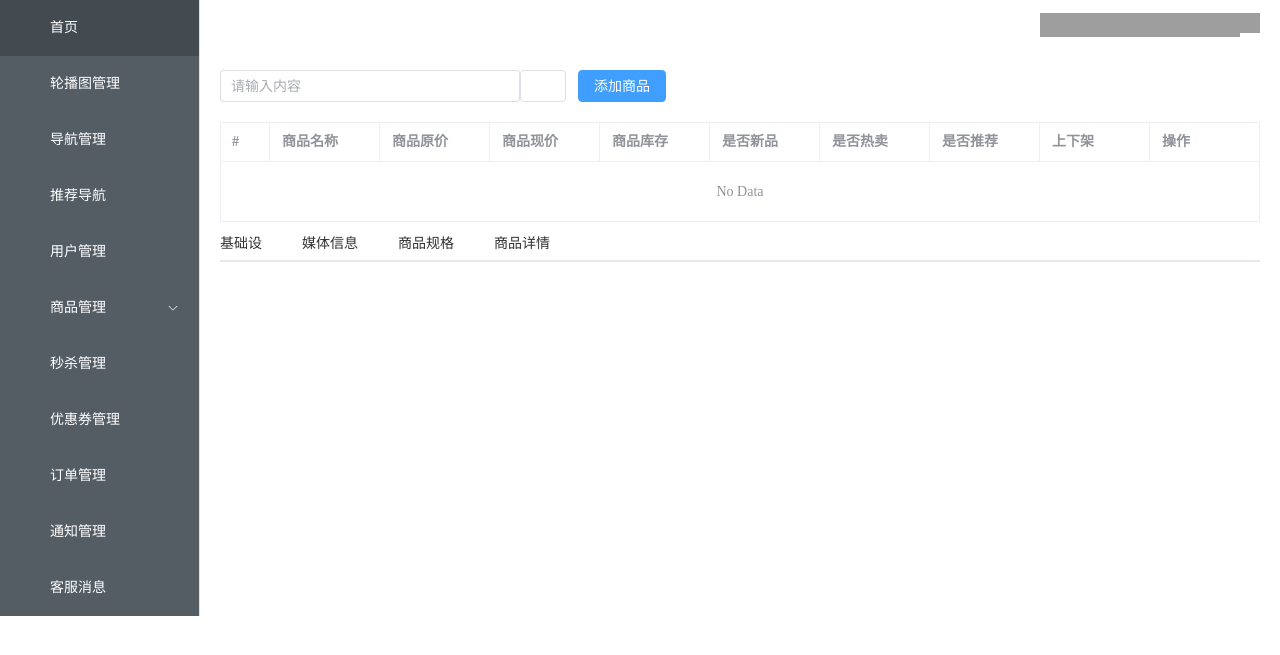
Repository: xinwuhao/CCG
Page: /addgoods
An editor plug-in stored every save of this project. The page is shown before and after the next save, followed by the edit.
The browser window is 1280 px wide. The pictures show the whole page.
Pictures or frames that could not be fetched are drawn as grey boxes. The page's requests for data from a server got no answer. The project was rebuilt for these pictures with package versions that can differ from the ones it lists, and the page was loaded fresh each time. No one was signed in, and anything a server would have sent is missing. Also part of the build but not shown: vite.config.ts.

Above is the page before, as saved 2021-09-24 11:14:03.

### src/main.ts
import { createApp } from 'vue'
import App from "./App.vue";
import router from "./router"
import ElementPlus from 'element-plus'
import 'element-plus/dist/index.css'
import * as Icons from '@element-plus/icons'
import { toLine } from './utils/index'

const app = createApp(App)

for (let i in Icons) {
    app.component(`el-icon${toLine(i)}`, (Icons as any)[i])
}

app.use(router)
app.use(ElementPlus)
app.mount('#app')

### src/App.vue
<template>
  <div>
    <router-view></router-view>
  </div>
</template>

<script setup lang="ts">
</script>

<style lang='scss'>
@import "./scssbox.scss";
</style>

### src/router/index.ts
import { createRouter, createWebHistory, RouteRecordRaw } from 'vue-router'
// import Home from '../views/homepage/homepage.vue'
import Layout from '../views/layout/Layout.vue'

const routes: Array<RouteRecordRaw> = [
  {
    path: '/login',
    name: 'Logon',
    component: () => import('../views/login/Login.vue'),
    meta: {
      title: '登录'
    }
  },
  {
    path: '/',
    component: Layout,
    // 子路由: children
    children: [
      {
        path: '/',
        name: '/',
        component: () => import('../views/homepage/homepage.vue'),
        meta: {
          title: '首页',
          meta: '/homepage'
        }
      },
      {
        path: '/discount',
        name: 'discount',
        component: () => import('../views/discount/discount.vue'),
        meta: {
          title: '优惠券管理',
          meta: '/discount'
        }
      },
      {
        path: '/navigation',
        name: 'navigation',
        component: () => import('../views/navigation/navigation.vue'),
        meta: {
          title: '导航管理',
          meta: '/navigation'
        }
      },
      {
        path: '/swiper',
        name: 'swiper',
        component: () => import('../views/swiper/swiper.vue'),
        meta: {
          title: '轮播图管理',
          meta: '/swiper'
        }
      },
      {
        path: '/recommend',
        name: 'recommend',
        component: () => import('../views/recommend/recommend.vue'),
        meta: {
          title: '推荐导航',
          meta: '/recommend'
        }
      },
      {
        path: '/user',
        name: 'user',
        component: () => import('../views/user/user.vue'),
        meta: {
          title: '用户管理',
          meta: '/user'
        }
      },
      {
        path: '/addgoods',
        name: 'addgoods',
        component: () => import('../views/goods/addgoods.vue'),
        meta: {
          title: '添加商品',
          meta: '/addgoods'
        }
      },
      {
        path: '/sortgoods',
        name: 'sortgoods',
        component: () => import('../views/goods/sortgoods.vue'),
        meta: {
          title: '商品分类',
          meta: '/sortgoods'
        }
      },
      {
        path: '/modelgoods',
        name: 'modelgoods',
        component: () => import('../views/goods/modelgoods.vue'),
        meta: {
          title: '商品模型',
          meta: '/modelgoods'
        }
      },
      {
        path: '/specsgoods',
        name: 'specsgoods',
        component: () => import('../views/goods/specsgoods.vue'),
        meta: {
          title: '商品规格',
          meta: '/specsgoods'
        }
      },
      {
        path: '/parametergoods',
        name: 'parametergoods',
        component: () => import('../views/goods/parametergoods.vue'),
        meta: {
          title: '商品参数',
          meta: '/parametergoods'
        }
      },
      {
        path: '/specifications',
        name: 'specifications',
        component: () => import('../views/goods/specifications.vue'),
        meta: {
          title: '规格参数',
          meta: '/specifications'
        }
      },
      {
        path: '/seckill',
        name: 'seckill',
        component: () => import('../views/seckill/seckill.vue'),
        meta: {
          title: '秒杀管理',
          meta: '/seckill'
        }
      },
      {
        path: '/order',
        name: 'order',
        component: () => import('../views/order/order.vue'),
        meta: {
          title: '订单管理',
          meta: '/order'
        }
      },
      {
        path: '/notice',
        name: 'notice',
        component: () => import('../views/notice/notice.vue'),
        meta: {
          title: '通知管理',
          meta: '/notice'
        }
      },
      {
        path: '/news',
        name: 'news',
        component: () => import('../views/news/news.vue'),
        meta: {
          title: '客服消息',
          meta: '/news'
        }
      },
    ]
  }
]

const router = createRouter({
  history: createWebHistory(),
  routes
})

router.beforeEach((to, from, next) => {
  document.title = to.meta.title as string
  next()
})

export default router

### src/utils/index.ts
export const toLine = (str: string) => {
  return str.replace(/([A-Z])/g, "-$1").toLowerCase()
}

### src/scssbox.scss
* {
    margin: 0;
    padding: 0;
}

html,
body,
#app,
.el-container,
.el-menu {
    height: 100%;
}

### src/views/layout/Layout.vue
<template>
  <el-container>
    <el-aside width="auto">
      <nav-left :isCollapse='isCollapse'></nav-left>
    </el-aside>
    <el-container>
     <el-header>
        <nav-header v-model:isCollapse='isCollapse'></nav-header>
     </el-header>
      <el-main>
        <router-view></router-view>
      </el-main>
    </el-container>
  </el-container>
</template>

<script setup lang="ts">
import { ref, reactive } from 'vue'
import NavHeader from  '../../components/navHeader/NavHeader.vue'
import NavLeft from  '../../components/navLeft/NavLeft.vue'

interface Data {
  name: string,
  age: number
}

let isCollapse = ref<boolean>(false)
let data = reactive<Data>({
  name: 'jack',
  age: 20
})
</script>

<style scoped lang="scss">
.el-header {
  height: 50px;
  padding: 0;
}
</style>

### src/views/goods/addgoods.vue
<template>
  <div>
    <div v-if="judge == 0">
      <div class="searchBox">
        <el-input
          placeholder="请输入内容"
          v-model="input"
          clearable
          class="inputBox"
        >
        </el-input>
        <el-button icon="el-icon-search" @click="obtain"></el-button>
        <el-button type="primary" @click="ON">添加商品</el-button>
      </div>
      <!-- 表格 -->
      <div style="margin-top: 20px">
        <el-table :data="tableData" border style="width: 100%">
          <el-table-column label="#" type="index" width="50"> </el-table-column>
          <el-table-column prop="content" label="商品名称"> </el-table-column>
          <el-table-column prop="content" label="商品原价"> </el-table-column>
          <el-table-column prop="content" label="商品现价"> </el-table-column>
          <el-table-column prop="content" label="商品库存"> </el-table-column>
          <el-table-column label="是否新品">
            <template #default="scope">
              <div>
                {{ scope.row.isShow == true ? "是" : "否" }}
              </div>
            </template>
          </el-table-column>
          <el-table-column label="是否热卖">
            <template #default="scope">
              <div>
                {{ scope.row.isShow == true ? "是" : "否" }}
              </div>
            </template>
          </el-table-column>
          <el-table-column label="是否推荐">
            <template #default="scope">
              <div>
                {{ scope.row.isShow == true ? "是" : "否" }}
              </div>
            </template>
          </el-table-column>
          <el-table-column fixed="right" label="上下架">
            <template #default="scope">
              <el-switch
                v-model="scope.row.isShow"
                active-color="#1E90FF"
                inactive-color="#ff4949"
                @change="chen(scope.row)"
              >
              </el-switch>
            </template>
          </el-table-column>
          <el-table-column fixed="right" label="操作">
            <template #default="scope">
              <el-button @click="reduce(scope.row)" type="text" size="small"
                >删除</el-button
              >
              <el-button type="text" size="small" @click="alter(scope.row)"
                >编辑</el-button
              >
            </template>
          </el-table-column>
        </el-table>
      </div>
    </div>

    <!-- 添加商品弹出层 -->
    <div v-if="judge !== 0">
      <el-tabs v-model="judge">
        <el-tab-pane label="基础设" name="1">User</el-tab-pane>
        <el-tab-pane label="媒体信息" name="2">Config</el-tab-pane>
        <el-tab-pane label="商品规格" name="3">Role</el-tab-pane>
        <el-tab-pane label="商品详情" name="4">Task</el-tab-pane>
      </el-tabs>
    </div>
  </div>
</template>

<script setup lang="ts">
import { ref, onMounted } from "vue";
import api from "../../http/aip";
import { ElMessage } from "element-plus";

interface Obj {
  content: string;
}
// 输入框
let input = ref<any>("");
//切换层
let judge = ref<string>('0');
//上传图片token
let abc = { Authorization: localStorage.getItem("token") };
//表格数据
let tableData = ref<any>([]);
//表单
let swiper = ref<Obj>({
  content: "",
});
//添加按钮
let ON = () => {
  judge.value = '1';
};

//删除
let reduce = (e: any) => {
  api
    .delNotice(e._id)
    .then((res: any) => {
      if (res.code == 200) {
        ElMessage.success({
          message: `${res.msg}`,
          type: "success",
        });
        obtain();
      } else ElMessage.error(`${res.msg}`);
    })
    .catch((err: any) => {
      console.log(err);
    });
};
//显示
let chen = (e: any) => {
  api
    .showNotice({
      id: e._id,
      isShow: e.isShow,
    })
    .then((res: any) => {
      if (res.code == 200) {
        ElMessage.success({
          message: `${res.msg}`,
          type: "success",
        });
        obtain();
      } else ElMessage.error(`${res.msg}`);
    })
    .catch((err: any) => {
      console.log(err);
    });
};
let current = ref<number>(1);
let pageSize = ref<number>(10);
//获取数据
let obtain = () => {
  api
    .getNotice({
      current: current.value,
      pageSize: pageSize.value,
      query: input.value,
    })
    .then((res: any) => {
      if (res.code == 200) {
        tableData.value = res.data;
      }
    })
    .catch((err: any) => {
      console.log(err);
    });
};
onMounted(() => {
  obtain();
});
</script>

<style scoped>
.searchBox {
  display: flex;
}
.inputBox {
  width: 300px;
}
.blueFont {
  color: #1e90ff;
}
.imgBox {
  width: 100px;
  height: 100px;
}
</style>

### src/components/navHeader/NavHeader.vue
<template>
  <div class="header">
    <div @click="toggle" class="cent">
      <el-icon-expand v-if="isCollapse"></el-icon-expand>
      <el-icon-fold v-else></el-icon-fold>
      <div class="cenn">
        <iframe
          width="200"
          height="24"
          frameborder="0"
          scrolling="no"
          hspace="0"
          src="https://i.tianqi.com/?c=code&id=11"
        ></iframe>
        <div>
          <img
            src="https://img0.baidu.com/it/u=3730772664,138405132&fm=26&fmt=auto"
            class="img"
          />
        </div>
      </div>
    </div>
  </div>
</template>

<script lang='ts' setup>
import { ref } from "vue";
import { Fold, Expand } from "@element-plus/icons";

let props = defineProps({
  isCollapse: {
    type: Boolean,
    default: false,
  },
});
let emits = defineEmits(["update:isCollapse"]);
let toggle = () => {
  emits("update:isCollapse", !props.isCollapse);
};
</script>

<style lang='scss' scoped>
svg {
  width: 20px;
  height: 20px;
}
.header {
  height: 50px;
  display: flex;
  align-items: center;
  padding: 0 20px;
}
.cent {
  display: flex;
  width: 100%;
}
.cenn {
  display: flex;
  justify-content: flex-end;
  width: 100%;
}
.img {
  width: 20px;
  height: 20px;
}
</style>

### src/components/navLeft/NavLeft.vue
<template>
  <el-menu
    :uniqueOpened="true"
    default-active="1"
    class="el-menu"
    background-color="#545c64"
    text-color="#fff"
    active-text-color="#ffd04b"
    :collapse="isCollapse"
    :router="true"
  >
    <template v-for="(item, index) in arr" :key="index">
      <el-menu-item :index="item.path" v-if="item.name !== '商品管理'">
        <component :is="item.i" class="iconbox"></component>
        <template #title>{{ item.name }}</template>
      </el-menu-item>
      <el-sub-menu :index="item.path" v-else>
        <template #title>
          <component :is="item.i" class="iconbox"></component>
          <span>{{ item.name }}</span>
        </template>
        <template v-for="(item1, index1) in arr1" :key="index1">
          <el-menu-item :index="item1.path">
            <component :is="item1.i" class="iconbox"></component>
            <span> {{ item1.name }}</span>
          </el-menu-item>
        </template>
      </el-sub-menu>
    </template>
  </el-menu>
</template>

<script lang='ts' setup>
import { ref } from "vue";
let arr = ref<any>([
  { name: "首页", i: "el-icon-house", path: "/" },
  { name: "轮播图管理", i: "el-icon-help", path: "/swiper" },
  { name: "导航管理", i: "el-icon-data-line", path: "/navigation" },
  { name: "推荐导航", i: "el-icon-document-copy", path: "/recommend" },
  { name: "用户管理", i: "el-icon-user", path: "/user" },
  { name: "商品管理", i: "el-icon-paperclip", path: "" },
  { name: "秒杀管理", i: "el-icon-reading", path: "/seckill" },
  { name: "优惠券管理", i: "el-icon-coin", path: "/discount" },
  { name: "订单管理", i: "el-icon-set-up", path: "/order" },
  { name: "通知管理", i: "el-icon-microphone", path: "/notice" },
  { name: "客服消息", i: "el-icon-chat-line-round", path: "/news" },
]);
let arr1 = ref<any>([
  { name: "添加商品", i: "el-icon-document-add", path: "/addgoods" },
  { name: "商品分类", i: "el-icon-tickets", path: "/sortgoods" },
  { name: "商品模型", i: "el-icon-set-up", path: "/modelgoods" },
  { name: "商品规格", i: "el-icon-position", path: "/specsgoods" },
  { name: "商品参数", i: "el-icon-cpu", path: "/parametergoods" },
  { name: "规格参数", i: "el-icon-takeaway-box", path: "/specifications" },
]);
let props = defineProps({
  isCollapse: {
    type: Boolean,
    default: false,
  },
});
</script>

<style lang='scss' scoped>
.el-menu:not(.el-menu--collapse) {
  width: 200px;
}
.iconbox {
  width: 20px;
  height: 20px;
  margin-right: 10px;
}
</style>

### src/http/index.ts
import axios, { AxiosError, AxiosRequestConfig, AxiosResponse } from 'axios'


const http = axios.create({
   baseURL: 'http://localhost:1001',
   timeout: 10000
})


http.interceptors.request.use((config: AxiosRequestConfig) => {
   let token = localStorage.getItem('token')
   if (token) {
      config.headers['Authorization'] = token
   }
   return config
}, (err: AxiosError) => {
   return Promise.reject(err)
})


http.interceptors.response.use((res: any) => {
   return res.data
}, (err: AxiosError) => {
   let status: number = err.response! && err.response!.status
   if (status === 401) {

   }
   if (status === 400) {

   }
   if (status === 403) {

   }
   if (status === 404) {

   }
   if (status === 500) {

   }
   if (status === 503) {

   }
   return Promise.reject(err)
})


export default http

Loaded but not shown: index.html (common file); src/http/aip.ts (485 lines, source omitted)

After the next save:
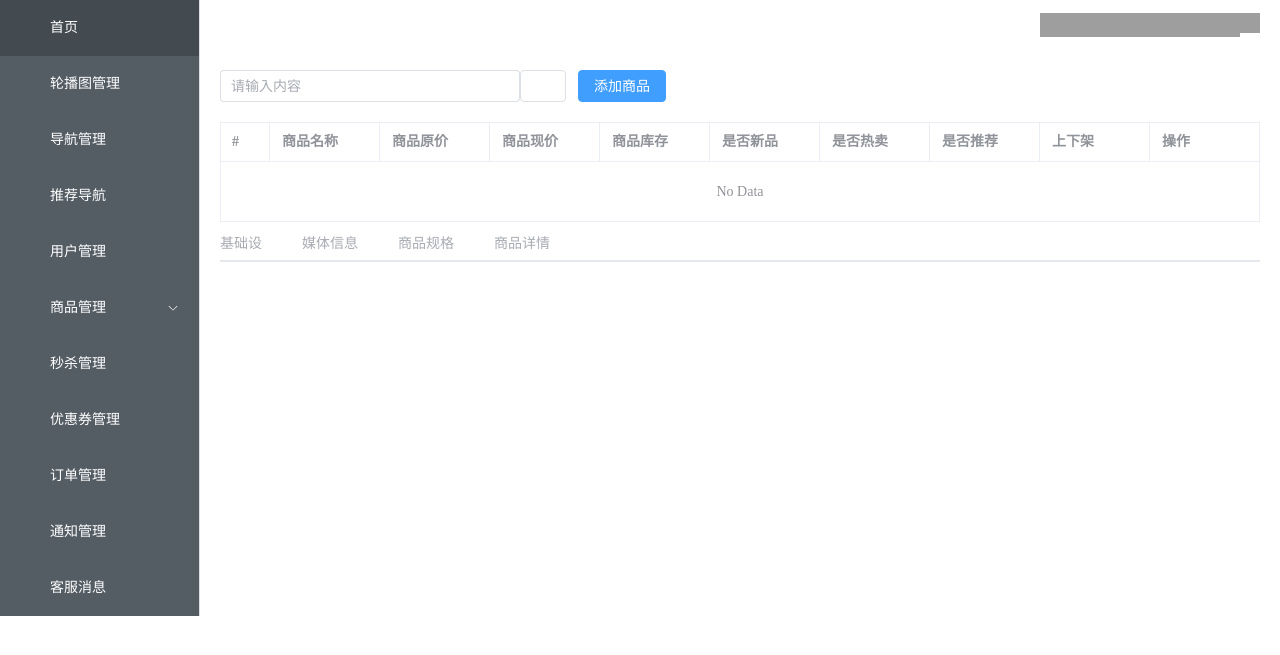
Saved 60 s later.
--- a/src/views/goods/addgoods.vue
+++ b/src/views/goods/addgoods.vue
@@ -69,10 +69,10 @@
     <!-- 添加商品弹出层 -->
     <div v-if="judge !== 0">
       <el-tabs v-model="judge">
-        <el-tab-pane label="基础设" name="1">User</el-tab-pane>
-        <el-tab-pane label="媒体信息" name="2">Config</el-tab-pane>
-        <el-tab-pane label="商品规格" name="3">Role</el-tab-pane>
-        <el-tab-pane label="商品详情" name="4">Task</el-tab-pane>
+        <el-tab-pane label="基础设" name="1" disabled>User</el-tab-pane>
+        <el-tab-pane label="媒体信息" name="2" disabled>Config</el-tab-pane>
+        <el-tab-pane label="商品规格" name="3" disabled>Role</el-tab-pane>
+        <el-tab-pane label="商品详情" name="4" disabled>Task</el-tab-pane>
       </el-tabs>
     </div>
   </div>
@@ -89,7 +89,7 @@ interface Obj {
 // 输入框
 let input = ref<any>("");
 //切换层
-let judge = ref<string>('0');
+let judge = ref<string>("0");
 //上传图片token
 let abc = { Authorization: localStorage.getItem("token") };
 //表格数据
@@ -100,7 +100,7 @@ let swiper = ref<Obj>({
 });
 //添加按钮
 let ON = () => {
-  judge.value = '1';
+  judge.value = "1";
 };
 
 //删除
